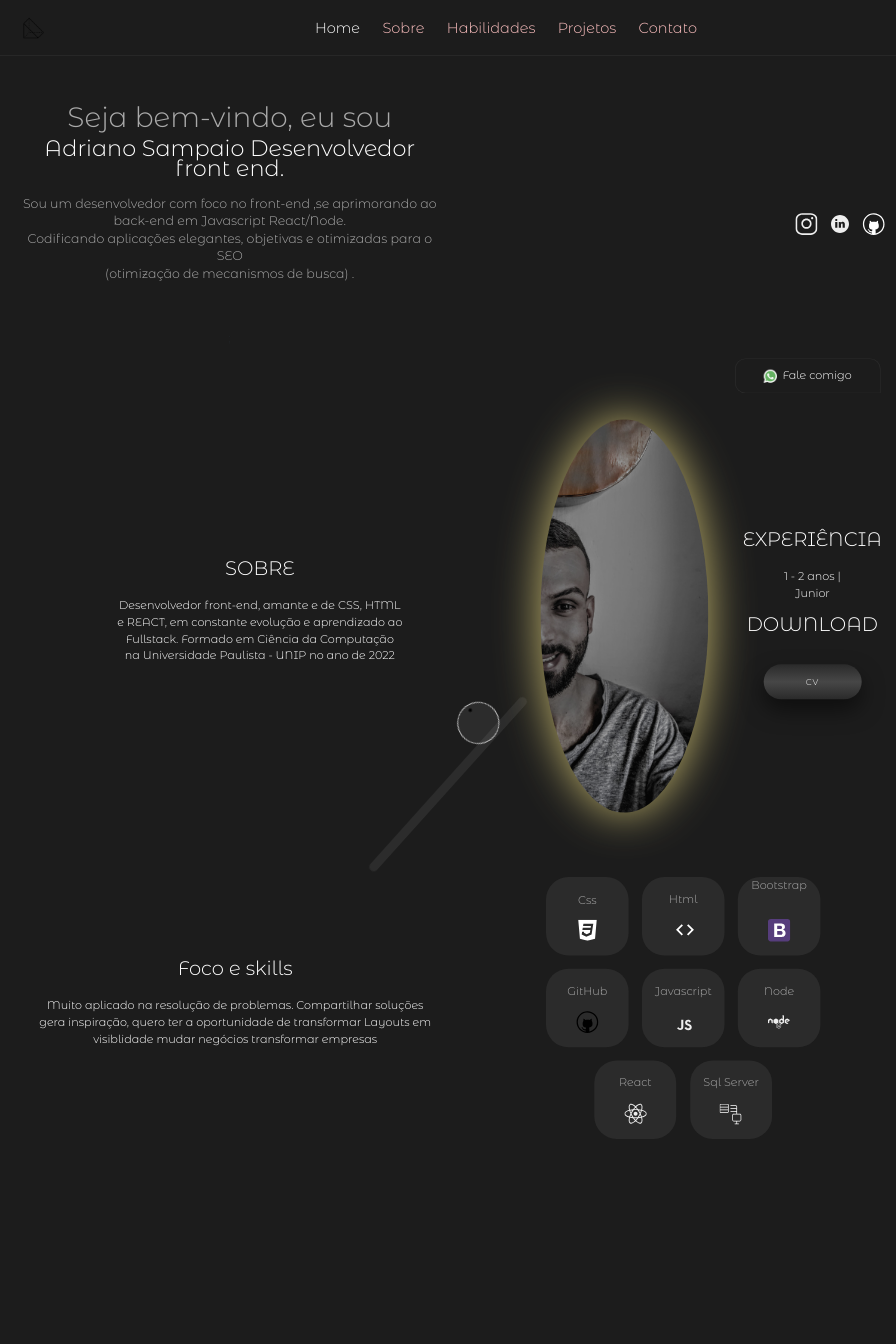
Repository: adrianodisam/NovoPortifolio
Page: /
These files come from the project's save history. The page is drawn as it stood at one moment and after the next save; the edit follows.
The browser window is 1280 px wide. The pictures show the part of the page from y = 0 to 1920 px (the page is 3024 px tall), at 70% of full size.
The project was rebuilt for these pictures with package versions that can differ from the ones it lists, and the page was loaded fresh each time. Imported but missing from the stored project, and not drawn on this page: src/componentes/Download/Adriano.pdf.

Above is the page before, as saved 2024-11-02 16:23:54.

After the next save:
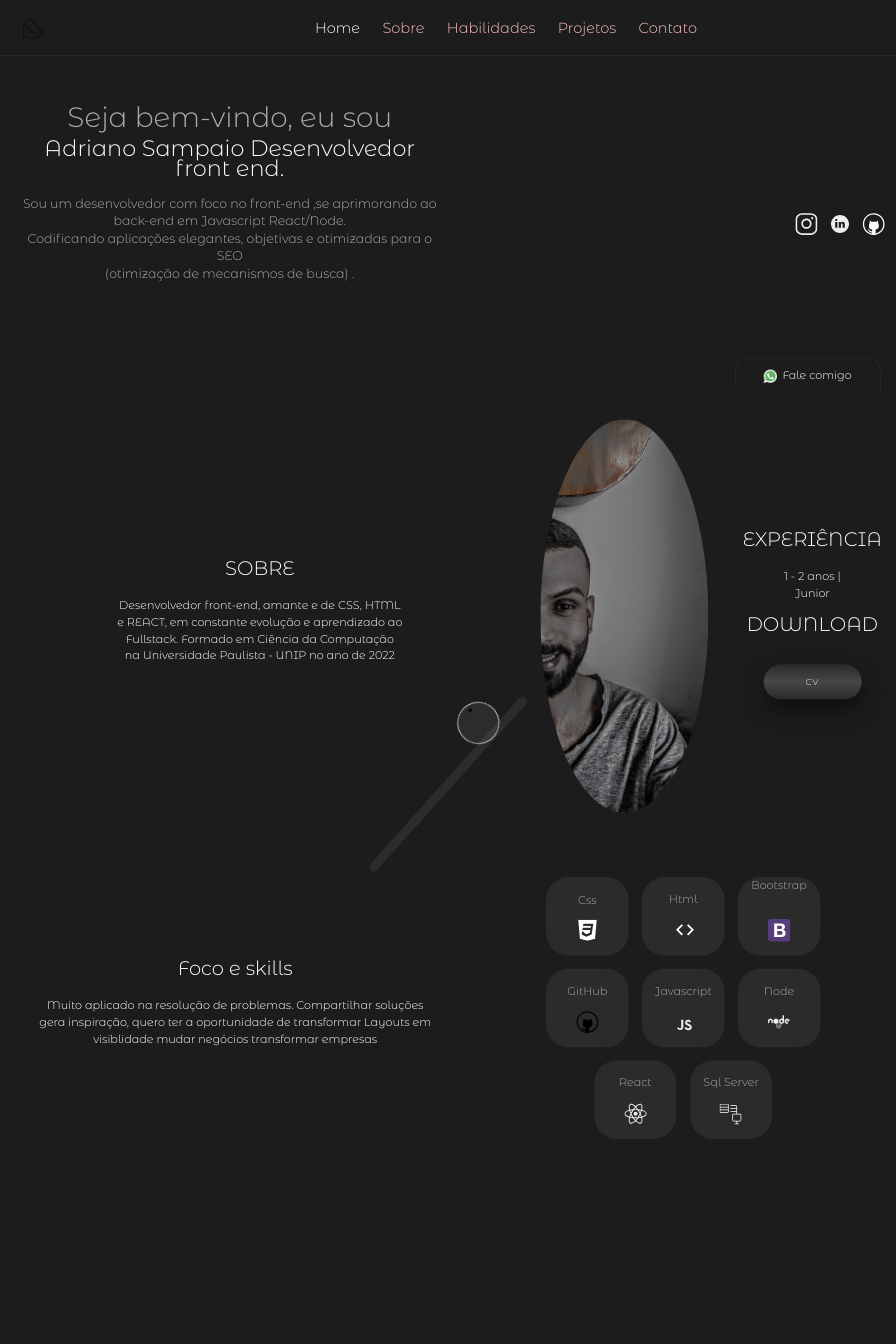
Saved 11 s later.
--- a/src/componentes/FotoSobre/FotoSobre.module.css
+++ b/src/componentes/FotoSobre/FotoSobre.module.css
@@ -31,7 +31,7 @@
     51% 1%
   ); */
   border-radius: 50%;
-  filter: drop-shadow(0 0 2rem #eedd82);
+  /* filter: drop-shadow(0 0 2rem #eedd82); */
   opacity: 0.8;
 }
 
